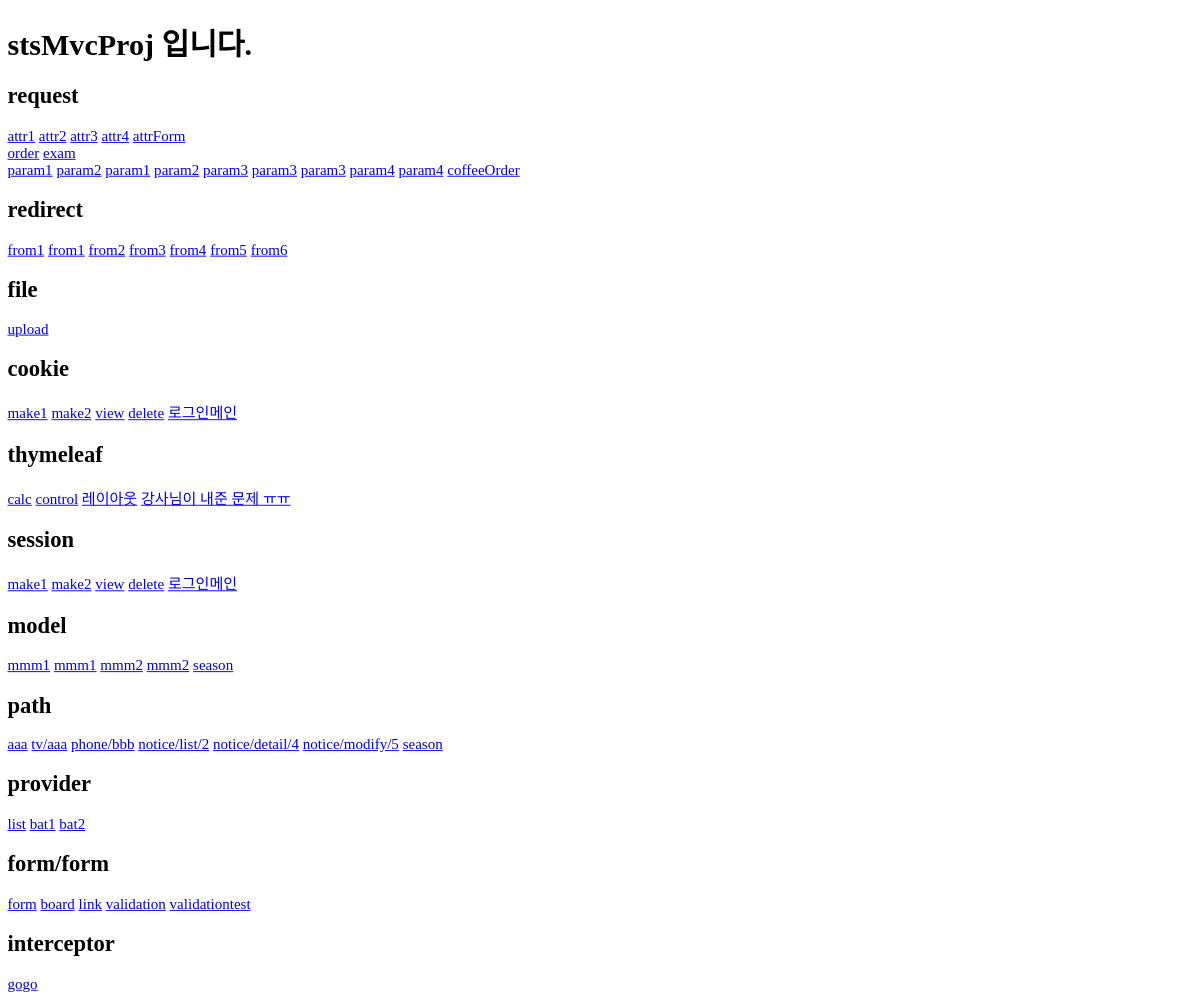
Repository: Yousehyeon/spring_work
Page: stsMvcProj/src/main/webapp/views/home.html
These files come from the project's save history. The page is drawn as it stood at one moment and after the next save; the edit follows.
The browser window is 1280 px wide. The pictures show the whole page, at 94% of full size.

Above is the page before, as saved 2023-08-25 08:54:49.

### stsMvcProj/src/main/webapp/views/home.html
<!DOCTYPE html>
<html>
<head>
<meta charset="UTF-8">
<title>stsMvcProj</title>
</head>
<body>
<h1>stsMvcProj 입니다.</h1>
<h2>request</h2>
<a href="request/attr1">attr1</a>
<a href="request/attr2">attr2</a>
<a href="request/attr3">attr3</a>
<a href="request/attr4?age=33&nick=zxcv&jum=56&jum=59&jum=52&gender=mm&mil=true">attr4</a>
<a href="request/attrForm">attrForm</a>
<br/>
<a href="request/order">order</a>
<a href="request/exam">exam</a>
<br/>
<a href="request/param1?id=aaa&age=45&marriage=true">param1</a>
<a href="request/param2?id=bbb&age=34&marriage=true">param2</a>
<a href="request/param1?id=ccc">param1</a>
<a href="request/param2?id=ddd">param2</a>
<a href="request/param3?id=eee&age=27&marriage=true">param3</a>
<a href="request/param3?id=fff&aaa=23&mrg=true">param3</a>
<a href="request/param3?id=ggg">param3</a>
<a href="request/param4?id=hhh&aaa=28&mrg=true">param4</a>
<a href="request/param4?id=iii">param4</a>
<a href="request/coffee">coffeeOrder</a>
<h2>redirect</h2>
<a href="red/from1">from1</a>
<a href="red/from1?id=aaa&age=44&marriage=true">from1</a>
<a href="red/from2">from2</a>
<a href="red/from3">from3</a>
<a href="red/from4?id=ddd&age=25&marriage=false">from4</a>
<a href="red/from5?id=eee&age=27&marriage=false">from5</a>
<a href="red/from6?id=fff&age=31&marriage=true">from6</a>
<h2>file</h2>
<a href="file/upload">upload</a>
<h2>cookie</h2>
<a href="cookie/make1">make1</a>
<a href="cookie/make2">make2</a>
<a href="cookie/view">view</a>
<a href="cookie/delete">delete</a>
<a href="cookie/loginMain">로그인메인</a>
<h2>thymeleaf</h2>
<a href="thymeleaf/calc">calc</a>
<a href="thymeleaf/control">control</a>
<a href="thymeleaf/lay">레이아웃</a>
<a href="thymeleaf/test">강사님이 내준 문제 ㅠㅠ</a>
<h2>session</h2>
<a href="session/make1">make1</a>
<a href="session/make2">make2</a>
<a href="session/view">view</a>
<a href="session/delete">delete</a>
<a href="session/loginMain">로그인메인</a>
<h2>model</h2>
<a href="model/mmm1?no=1">mmm1</a>
<a href="model/mmm1?no=2">mmm1</a>
<a href="model/mmm2?no=1">mmm2</a>
<a href="model/mmm2?no=2">mmm2</a>
<a href="model/season">season</a>
<h2>path</h2>
<a href="path/aaa">aaa</a>
<a href="path/tv/aaa">tv/aaa</a>
<a href="path/phone/bbb">phone/bbb</a>
<a href="path/notice/list/2">notice/list/2</a>
<a href="path/notice/detail/4">notice/detail/4</a>
<a href="path/notice/modify/5">notice/modify/5</a>
<a href="path/season/spring">season</a>
<h2>provider</h2>
<a href="provider/list">list</a>
<a href="provider/bat1">bat1</a>
<a href="provider/bat2">bat2</a>
<h2>form/form</h2>
<a href="form/form">form</a>
<a href="form/board">board</a>
<a href="form/link">link</a>
<a href="form/validation">validation</a>
<a href="form/validation2">validationtest</a>
<h2>interceptor</h2>
<a href="event/gogo">gogo</a>
</body>
</html>

After the next save:
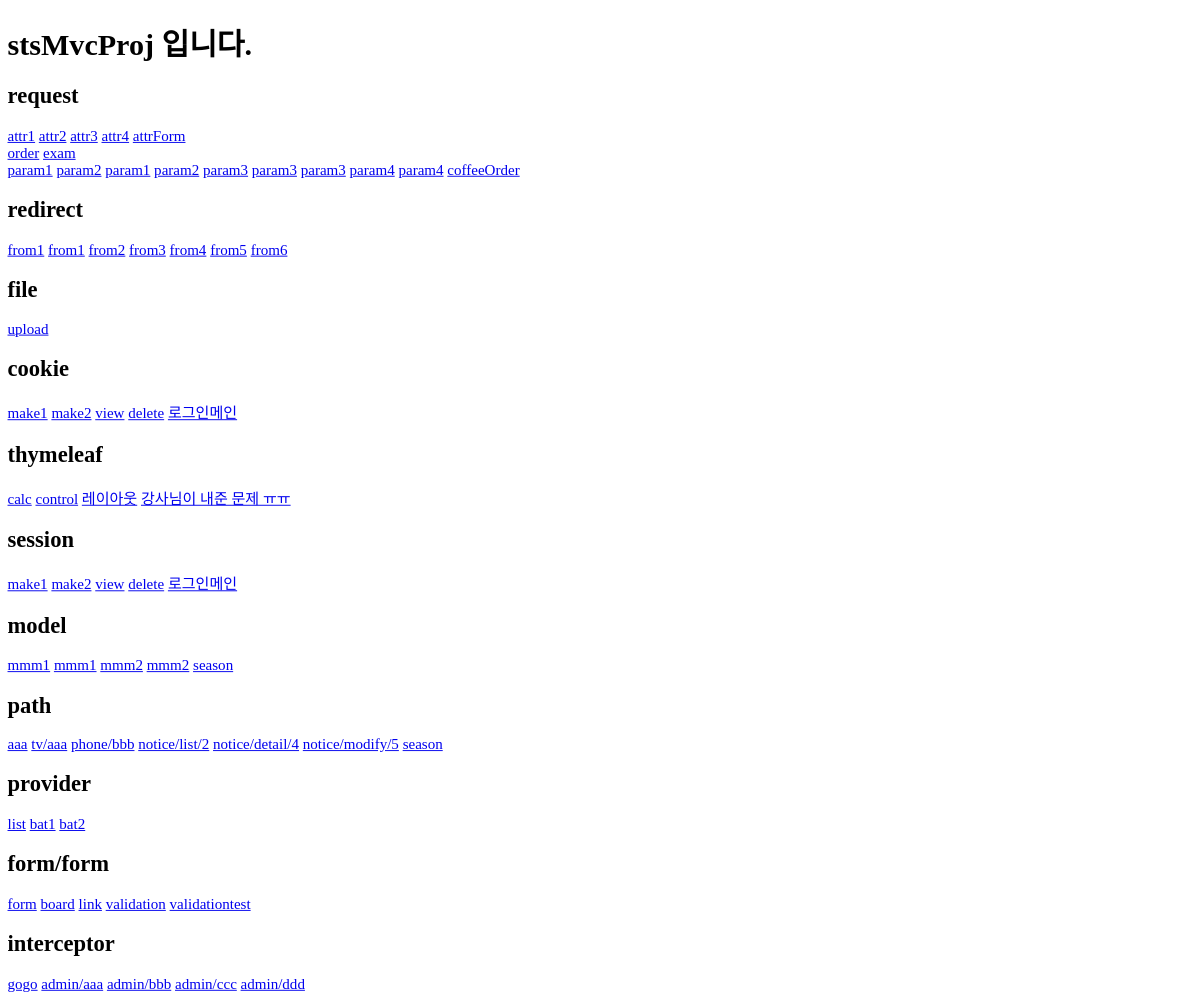
Saved 24 min 52 s later.
--- a/stsMvcProj/src/main/webapp/views/home.html
+++ b/stsMvcProj/src/main/webapp/views/home.html
@@ -79,5 +79,10 @@
 <a href="form/validation2">validationtest</a>
 <h2>interceptor</h2>
 <a href="event/gogo">gogo</a>
+<a href="admin/aaa">admin/aaa</a>
+<a href="admin/bbb">admin/bbb</a>
+<a href="admin/ccc">admin/ccc</a>
+<a href="admin/ddd">admin/ddd</a>
+
 </body>
 </html>
